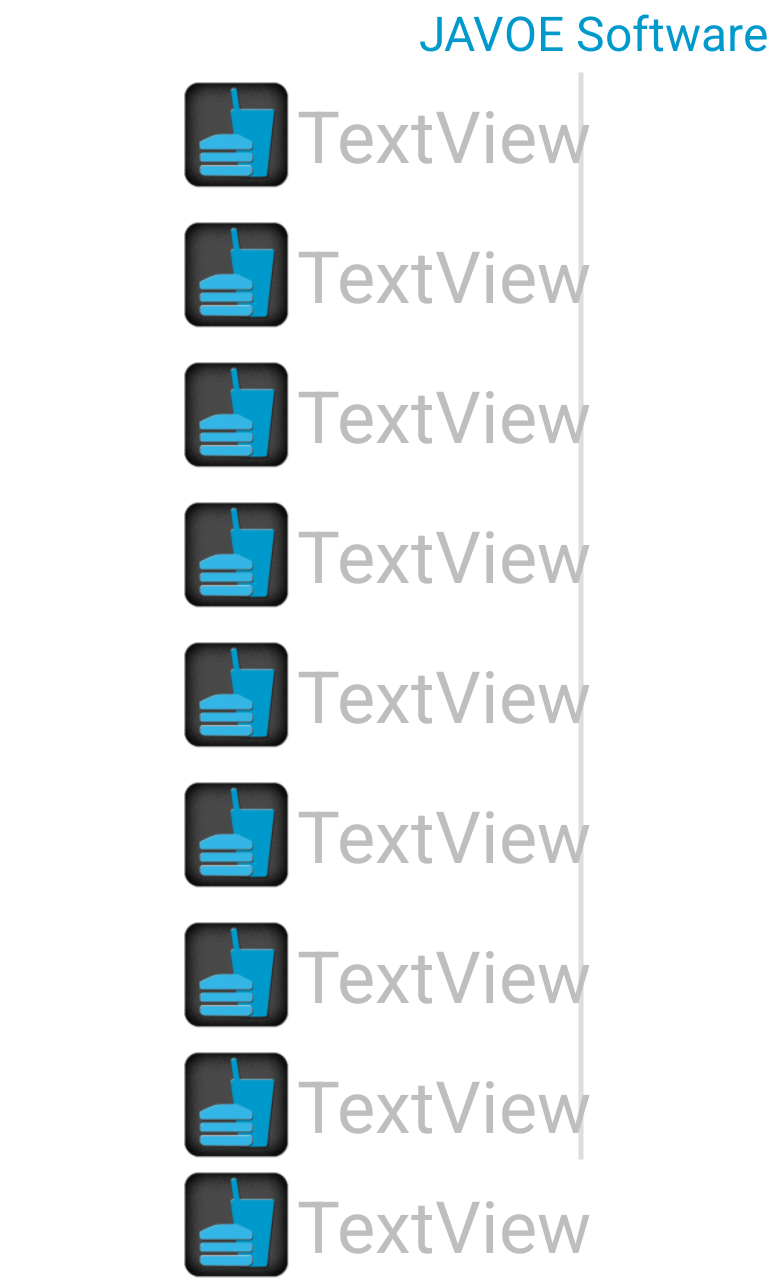
Repository: vitchyr/javoe
Layout: FirstRelease/res/layout/activity_main.xml
The author's editor kept a copy of each file at every save. The layout is drawn from the files as they stood at one save, then again after the next save.
It is drawn on a 768 x 1280 px phone screen (xhdpi) without system bars, with theme AppTheme; the app's code is not run. The app's manifest (not shown) leaves right-to-left support off. So textAlignment, textDirection and layoutDirection are ignored, and left and right values win over start and end ones.

Above is the layout before, as saved 2013-08-19 01:03:01.

### FirstRelease/res/layout/activity_main.xml
<RelativeLayout xmlns:android="http://schemas.android.com/apk/res/android"
    xmlns:tools="http://schemas.android.com/tools"
    android:layout_width="match_parent"
    android:layout_height="match_parent"
    android:theme="@android:style/Theme.Holo"
    tools:context=".MainActivity" >

    <LinearLayout
        android:layout_width="match_parent"
        android:layout_height="match_parent"
        android:gravity="center_horizontal"
        android:orientation="vertical" >

        <LinearLayout
            android:layout_width="match_parent"
            android:layout_height="wrap_content"
            android:gravity="right" >

            <TextView
                android:id="@+id/textView1"
                android:layout_width="wrap_content"
                android:layout_height="wrap_content"
                android:text="JAVOE Software"
                android:textAlignment="viewEnd"
                android:textColor="#0099CC"
                android:textSize="24sp" />

        </LinearLayout>

        <ScrollView
            android:id="@+id/scrollView1"
            android:layout_width="wrap_content"
            android:layout_height="wrap_content" >

            <LinearLayout
                android:layout_width="wrap_content"
                android:layout_height="match_parent"
                android:orientation="vertical" >

                <LinearLayout
                    android:id="@+id/restaurant1"
                    android:layout_width="match_parent"
                    android:layout_height="wrap_content"
                    android:layout_marginBottom="5dp"
                    android:layout_marginTop="5dp"
                    android:clickable="true"
                    android:gravity="center_vertical" >

                    <ImageView
                        android:id="@+id/imageView1"
                        android:layout_width="60dp"
                        android:layout_height="60dp"
                        android:src="@drawable/ic_launcher" />

                    <TextView
                        android:id="@+id/textView2"
                        android:layout_width="wrap_content"
                        android:layout_height="wrap_content"
                        android:text="TextView"
                        android:textSize="36sp" />

                </LinearLayout>

                <LinearLayout
                    android:id="@+id/restaurant2"
                    android:layout_width="match_parent"
                    android:layout_height="wrap_content"
                    android:layout_marginBottom="5dp"
                    android:layout_marginTop="5dp"
                    android:clickable="true"
                    android:gravity="center_vertical" >

                    <ImageView
                        android:id="@+id/imageView2"
                        android:layout_width="60dp"
                        android:layout_height="60dp"
                        android:src="@drawable/ic_launcher" />

                    <TextView
                        android:id="@+id/textView3"
                        android:layout_width="wrap_content"
                        android:layout_height="wrap_content"
                        android:text="TextView"
                        android:textSize="36sp" />

                </LinearLayout>

                <LinearLayout
                    android:id="@+id/restaurant3"
                    android:layout_width="match_parent"
                    android:layout_height="wrap_content"
                    android:layout_marginBottom="5dp"
                    android:layout_marginTop="5dp"
                    android:clickable="true"
                    android:gravity="center_vertical" >

                    <ImageView
                        android:id="@+id/imageView3"
                        android:layout_width="60dp"
                        android:layout_height="60dp"
                        android:src="@drawable/ic_launcher" />

                    <TextView
                        android:id="@+id/textView4"
                        android:layout_width="wrap_content"
                        android:layout_height="wrap_content"
                        android:text="TextView"
                        android:textSize="36sp" />

                </LinearLayout>

                <LinearLayout
                    android:id="@+id/restaurant4"
                    android:layout_width="match_parent"
                    android:layout_height="wrap_content"
                    android:layout_marginBottom="5dp"
                    android:layout_marginTop="5dp"
                    android:clickable="true"
                    android:gravity="center_vertical" >

                    <ImageView
                        android:id="@+id/imageView4"
                        android:layout_width="60dp"
                        android:layout_height="60dp"
                        android:src="@drawable/ic_launcher" />

                    <TextView
                        android:id="@+id/textView5"
                        android:layout_width="wrap_content"
                        android:layout_height="wrap_content"
                        android:text="TextView"
                        android:textSize="36sp" />

                </LinearLayout>

                <LinearLayout
                    android:id="@+id/restaurant5"
                    android:layout_width="match_parent"
                    android:layout_height="wrap_content"
                    android:layout_marginBottom="5dp"
                    android:layout_marginTop="5dp"
                    android:clickable="true"
                    android:gravity="center_vertical" >

                    <ImageView
                        android:id="@+id/imageView5"
                        android:layout_width="60dp"
                        android:layout_height="60dp"
                        android:src="@drawable/ic_launcher" />

                    <TextView
                        android:id="@+id/textView6"
                        android:layout_width="wrap_content"
                        android:layout_height="wrap_content"
                        android:text="TextView"
                        android:textSize="36sp" />

                </LinearLayout>

                <LinearLayout
                    android:id="@+id/restaurant6"
                    android:layout_width="match_parent"
                    android:layout_height="wrap_content"
                    android:layout_marginBottom="5dp"
                    android:layout_marginTop="5dp"
                    android:clickable="true"
                    android:gravity="center_vertical" >

                    <ImageView
                        android:id="@+id/imageView6"
                        android:layout_width="60dp"
                        android:layout_height="60dp"
                        android:src="@drawable/ic_launcher" />

                    <TextView
                        android:id="@+id/textView7"
                        android:layout_width="wrap_content"
                        android:layout_height="wrap_content"
                        android:text="TextView"
                        android:textSize="36sp" />

                </LinearLayout>

                <LinearLayout
                    android:id="@+id/restaurant7"
                    android:layout_width="match_parent"
                    android:layout_height="wrap_content"
                    android:layout_marginBottom="5dp"
                    android:layout_marginTop="5dp"
                    android:clickable="true"
                    android:gravity="center_vertical" >

                    <ImageView
                        android:id="@+id/imageView7"
                        android:layout_width="60dp"
                        android:layout_height="60dp"
                        android:src="@drawable/ic_launcher" />

                    <TextView
                        android:id="@+id/textView8"
                        android:layout_width="wrap_content"
                        android:layout_height="wrap_content"
                        android:text="TextView"
                        android:textSize="36sp" />

                </LinearLayout>

                <LinearLayout
                    android:id="@+id/restaurant8"
                    android:layout_width="match_parent"
                    android:layout_height="wrap_content"
                    android:clickable="true"
                    android:gravity="center_vertical" >

                    <ImageView
                        android:id="@+id/imageView8"
                        android:layout_width="60dp"
                        android:layout_height="60dp"
                        android:src="@drawable/ic_launcher" />

                    <TextView
                        android:id="@+id/textView9"
                        android:layout_width="wrap_content"
                        android:layout_height="wrap_content"
                        android:text="TextView"
                        android:textSize="36sp" />

                </LinearLayout>

                <LinearLayout
                    android:id="@+id/restaurant9"
                    android:layout_width="match_parent"
                    android:layout_height="wrap_content"
                    android:clickable="true"
                    android:gravity="center_vertical" >

                    <ImageView
                        android:id="@+id/imageView9"
                        android:layout_width="60dp"
                        android:layout_height="60dp"
                        android:src="@drawable/ic_launcher" />

                    <TextView
                        android:id="@+id/textView10"
                        android:layout_width="wrap_content"
                        android:layout_height="wrap_content"
                        android:text="TextView"
                        android:textSize="36sp" />

                </LinearLayout>

                <LinearLayout
                    android:id="@+id/restaurant10"
                    android:layout_width="match_parent"
                    android:layout_height="wrap_content"
                    android:clickable="true"
                    android:gravity="center_vertical" >

                    <ImageView
                        android:id="@+id/imageView10"
                        android:layout_width="60dp"
                        android:layout_height="60dp"
                        android:src="@drawable/ic_launcher" />

                    <TextView
                        android:id="@+id/textView11"
                        android:layout_width="wrap_content"
                        android:layout_height="wrap_content"
                        android:text="TextView"
                        android:textSize="36sp" />

                </LinearLayout>

            </LinearLayout>
        </ScrollView>

    </LinearLayout>

</RelativeLayout>

Loaded but not shown: FirstRelease/res/values/styles.xml (common file); FirstRelease/res/values-v11/styles.xml (common file); FirstRelease/res/values-v14/styles.xml (common file)

After the next save:
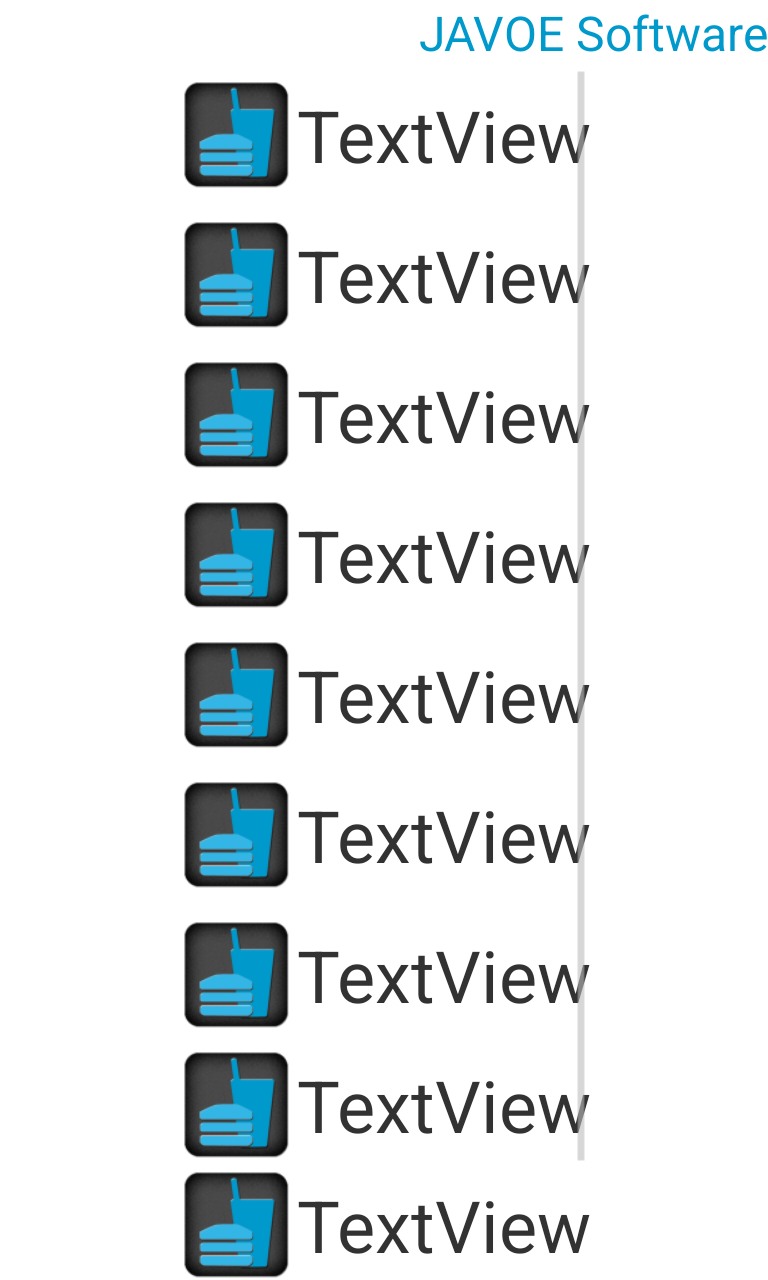
Saved 25 min 9 s later.
--- a/FirstRelease/res/layout/activity_main.xml
+++ b/FirstRelease/res/layout/activity_main.xml
@@ -2,7 +2,6 @@
     xmlns:tools="http://schemas.android.com/tools"
     android:layout_width="match_parent"
     android:layout_height="match_parent"
-    android:theme="@android:style/Theme.Holo"
     tools:context=".MainActivity" >
 
     <LinearLayout
